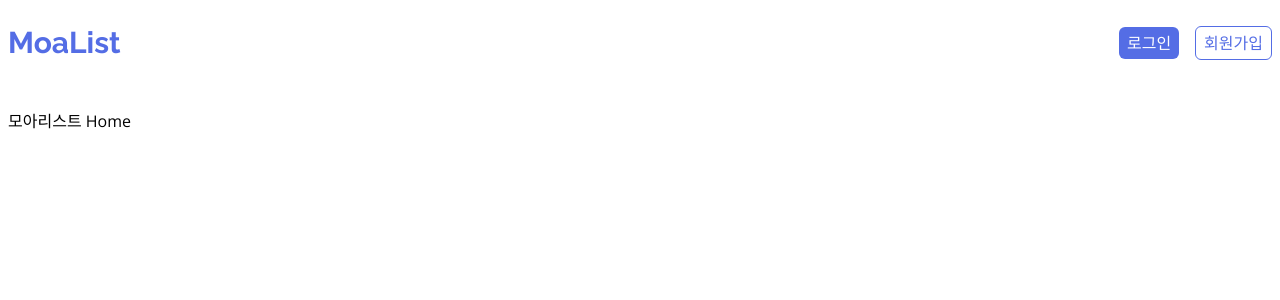
Repository: wisdomshin/moa-list
Page: /
These files come from the project's save history. The page is drawn as it stood at one moment and after the next save; the edit follows.
The browser window is 1280 px wide. The pictures show the whole page.
The page's requests for data from a server got no answer. The project was rebuilt for these pictures with package versions that can differ from the ones it lists, and the page was loaded fresh each time. The framework's server and built-in components were replaced by stand-ins that run in the browser. No one was signed in, and anything a server would have sent is missing. Also part of the build but not shown: next.config.mjs, components/layout/LogoutBtn.js.

Above is the page before, as saved 2024-02-20 21:47:56.

After the next save:
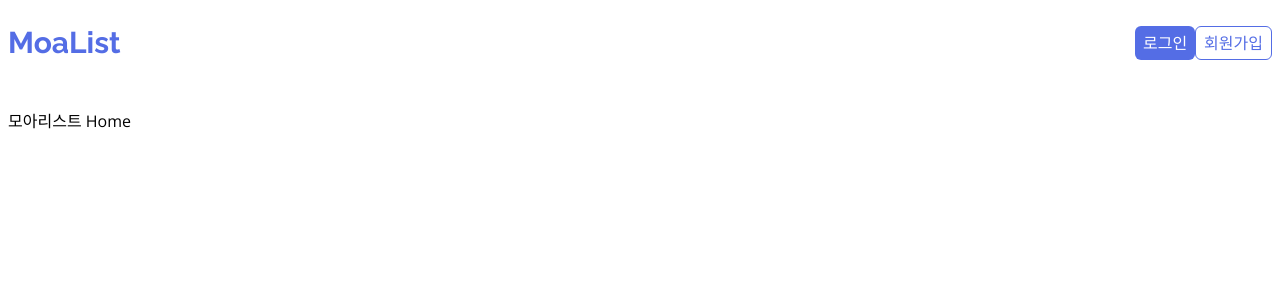
Saved 29 s later.
--- a/components/layout/Header.js
+++ b/components/layout/Header.js
@@ -18,9 +18,9 @@ export default async function Header() {
           MoaList<i className='bi bi-list-stars'></i>
         </Link>
       </h1>
-      <nav className='flex items-center gap-4'>
+      <nav className='flex'>
         {session ? (
-          <div className='flex'>
+          <div className='flex items-center gap-4'>
             <Link href='/moa' className=' text-[#546de5] text-xl'>
               moa
             </Link>
